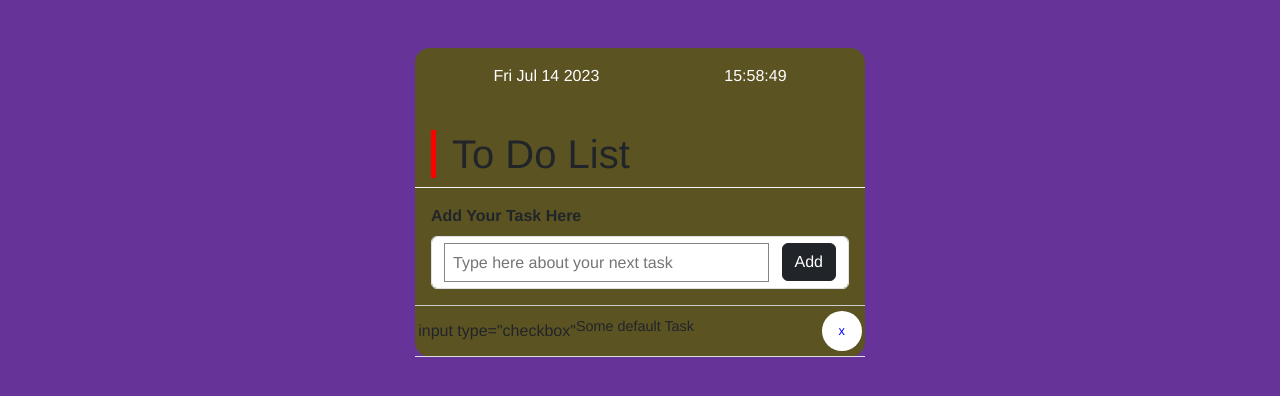
Repository: Passionblaz/TODO
Page: TODO/Untitled-1.html
These files come from the project's save history. The page is drawn as it stood at one moment and after a run of saves; the edit follows.
The browser window is 1280 px wide. The pictures show the whole page.

Above is the page before, as saved 2023-07-14 16:25:56.

### TODO/Untitled-1.html
<!DOCTYPE html>
<html lang="en">
<head>
  <meta charset="UTF-8">
  <meta name="viewport" content="width=device-width, initial-scale=1.0">
  <title>Document</title>
  <link href="https://cdn.jsdelivr.net/npm/bootstrap@5.3.0/dist/css/bootstrap.min.css" rel="stylesheet" integrity="sha384-9ndCyUaIbzAi2FUVXJi0CjmCapSmO7SnpJef0486qhLnuZ2cdeRhO02iuK6FUUVM" crossorigin="anonymous">
  <!-- Bootstrap Bundle JS (jsDelivr CDN) -->
  <script defer src="https://cdn.jsdelivr.net/npm/bootstrap@5.3.0/dist/js/bootstrap.bundle.min.js" integrity="sha384-geWF76RCwLtnZ8qwWowPQNguL3RmwHVBC9FhGdlKrxdiJJigb/j/68SIy3Te4Bkz" crossorigin="anonymous"></script>
  <link rel="stylesheet" href="todostyles.css">
  <script src="main.js" defer></script>
</head>
<body onload="time()">
<div class="todo-container">
  <div class="date-hour">
    <p id="date">Date</p>
    <p id="hour">Hour</p>
  </div>

<header>
  <h1>To Do List</h1>
</header>
<!-- Add Tasks -->

<form action="" id="todo-form">
  <p>Add Your Task Here</p>
<div class="form-control">

<input type="text" id="todo-input" placeholder="Type here about your next task">
<div class="button">
  <button type="submit" class="btn btn-dark">Add</button>
 </div>
</div>
</form>
    <!--Complete-->

    <!-- Edit The Tasks

<form action="" id="edit-form" class="hide">
  <p>Edit Your Task</p>
<div class="form-control">
<input type="text" id="edit-input" placeholder="Type here about your next task">
<div class="button2">
  <button type="button" class="btn btn-dark">Add</button>
 </div>
</div>
<button type="button" id="cancel-edit-btn">All</button>
<button type="button" id="active-task-btn">Active</button>
<button type="button" id="completed-task-btn">Completed</button>
</form>
    -->
    <!-- I need it?-->

    <!-- Task List-->

<div class="todo-list" id="todo-list">
  <div class="todo">
    input type="checkbox"
    <h3>Some default Task</h3>
    <!-- Extra buttons
    <button class="finished-todo">
      <i class="fa-solid fa-check"></i>
    </button>
    <button class="edit-todo">
      <i class="fa-solid fa-pen"></i>
    </button>
    -->
    <button class="remove-todo">
      x
    </button>
  </div>
</div>
</div>



</body>
</html>

### TODO/todostyles.css
*{
  padding: 0;
  margin: 0;
  box-sizing: border-box;
}
body{
  font-family: 'Franklin Gothic Medium', 'Arial Narrow', Arial, sans-serif;
  background: rebeccapurple;

}
.form-control {
  display: flex;
}
.form-control input {
  flex: 1;
  outline: 0;
box-shadow: none;
border: 1px solid #858585;
}
.form-control button:hover {
  background-color: green;
}
.date-hour {
  display: flex;
  justify-content: space-around;
  align-items:center;
  padding: 1rem 1rem 1.5rem 1rem;
  font-size: 16px;
  color: white;
}
button {
  background-color: darkorange;
  color: blue;
  border: 2px solid red;
  padding: 0.2rem 0.4rem;
  font-size: .8rem;
  cursor: pointer;
  justify-content: center;
  align-items: center;
  transition: .4s;
  border: 1px solid orange;
}
button:hover {
  background-color: orangered;
  color: white;
}
button > i {
  font-weight: bold;
  pointer-events: none;
}
input {
  padding: .4rem .5rem;
}
.hide {
  display: none;
}
.todo-container {
  background-color: #5c5323;
  border-radius: 15px;
  width: 450px;
  margin: 3rem auto;
  padding: 1.5.rem;
}
.todo-container header {
  padding: 0.1rem 1rem;
border-bottom: 1px solid whitesmoke;
}
header >h1 {
  padding-left: 16px;
  border-left: 5px solid red;
}

#todo-form, #edit-form {
  padding: 1rem;
  border-bottom: 1px solid #ccc;
}
#todo-form > p, #edit-form > p {
  margin-bottom: .5rem;
  font-weight: bold;
}
.form-control >input {
  margin-right: .8rem;
}
#cancel-edit-btn {
  margin-top: 1rem;
}
#active-edit-btn {
  margin-top: 1rem;
}
#completed-edit-btn {
  margin-top: 1rem;
}
.todo {
  display: flex;
  justify-content: space-around;
  align-items: center;
  padding: 0.3rem 0.2rem;
  border-bottom: 1px solid #ddd;
transition: .3s;
}
.todo h3 {
  flex: 1;
  font-size: 0.9rem;
}
.todo button {
  margin-left: 0.4rem;
  border-radius: 50%;
  width: 40px;
  height: 40px;
  border: none;
  background-color: white;
}
.done h3 {
  color: white;
  text-decoration: line-through;
  font-style: italic;
}
.todo button:hover, .done button {
background-color: #0068cf;
color: #ecf0f1
}
.done > button:hover {
  background-color: #ecf0f1;
  color: #395169;
}
.todo-list{
  max-height: 220px;
  overflow: auto;
}

### TODO/main.js
const data = new Date ()

const todoForm = document.querySelector("#todo-form")
const todoInput = document.querySelector("#todo-input")
const todoList = document.querySelector("#todo-list")
const editForm = document.querySelector("#edit-form")
const editInput = document.querySelector("#edit-input")
const cancelEdition = document.querySelector("#cancel-edit-btn")
  //Time
const timeElapsed = Date.now();
const today = new Date(timeElapsed);
document.getElementById("date").innerHTML = today.toDateString();
//Time Settings
function time() {
  const data = new Date ();
  let h = data.getHours();
  let m = data.getMinutes();
  let s = data.getSeconds();

  if(h < 10)
    h = "0"+h;
  if (m < 10)
    m = "0" + m;
  if(s < 10)
    s = "0"+s;

    document.getElementById("hour").innerHTML = h +":" + m + ":" + s;
    setTimeout('time()', 500);
}
todoForm.addEventListener("submit", (e) => {
  e.preventDefault();
  const inputValue = todoInput.value;
  if(inputValue)
    saveTodo(inputValue); //Save Function
})
const saveTodo = (text) => {
  const todo = document.createElement("div");
  todo.classList.add("todo");

  const todoTitle = document.createElement("h3");
  todoTitle.innerText = text;
  todo.appendChild(todoTitle);

  const doneBtn = document.createElement("button");
  doneBtn.classList.add("finish-todo");
  //doneBtn.innerHTML = 'i class="fa-solid fa-check"></i>';
  todo.appendChild(doneBtn);

  const editBtn = document.createElement("button");
  editBtn.classList.add("edit-todo");
  editBtn.innerHTML = 'i class="fa-solid fa-check"></i>';
  todo.appendChild(doneBtn);

  const removeBtn = document.createElement("button");
  removeBtn.classList.add("remove-todo");
  removeBtn.innerHTML = 'i class="fa-solid fa-check"></i>';
  todo.appendChild(doneBtn);

  todoList.appendChild(todo);
  todoInput.value = "";
  todoInput.focus();
}
document.addEventListener("click", (e) => {
  const targetEl = e.target;
  const parentEl = target.closes("div");
  let todoTitle;

  if(parentEl && parentEl.querySelector("h3"))
    todoTitle = parentEl.querySelector("h3").innerText;

    if(parentEl.classList.contains("remove-todo"))
      parentEl.classList.remove();
})

After the next 2 saves:
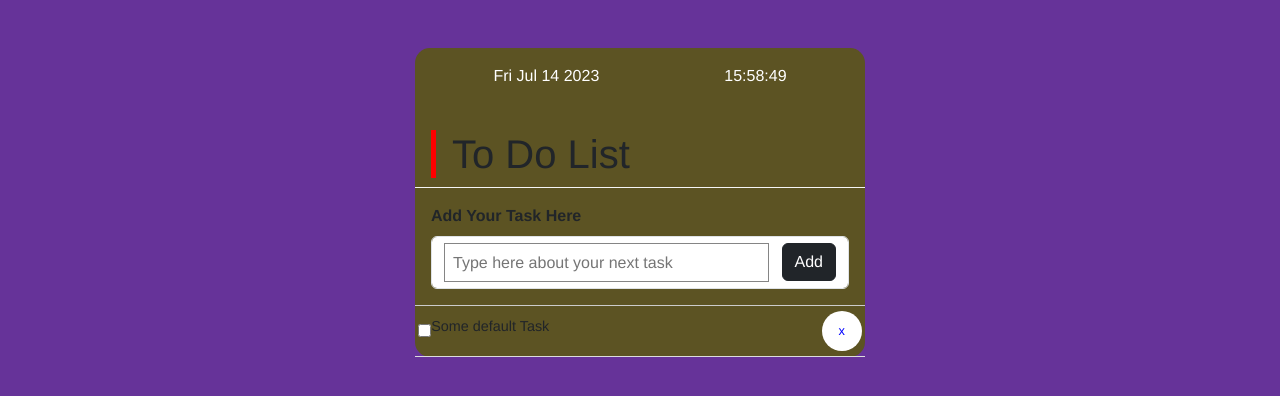
The 2 saves are shown as one change because they came seconds apart.
The last was saved 16 s later.
--- a/TODO/Untitled-1.html
+++ b/TODO/Untitled-1.html
@@ -55,7 +55,7 @@
 
 <div class="todo-list" id="todo-list">
   <div class="todo">
-    input type="checkbox"
+    <input type="checkbox"/>
     <h3>Some default Task</h3>
     <!-- Extra buttons
     <button class="finished-todo">
